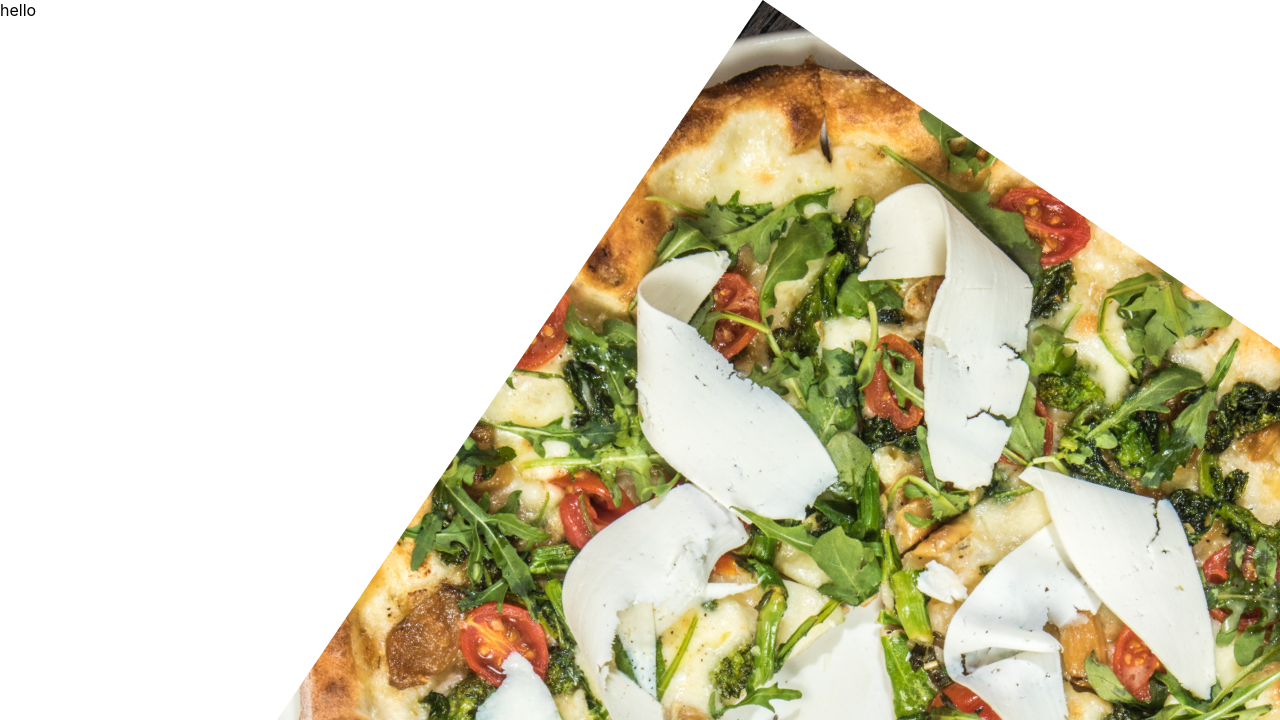
Repository: hobsond/DeliveryApp
Page: / (app in delivery/)
The author's editor kept a copy of each file at every save. The page is drawn from the files as they stood at one save, then again after the next save.
The browser window is 1280 px wide. The pictures show the whole page.
The project was rebuilt for these pictures with package versions that can differ from the ones it lists, and the page was loaded fresh each time.

Above is the page before, as saved 2021-02-16 21:02:28.

After the next save:
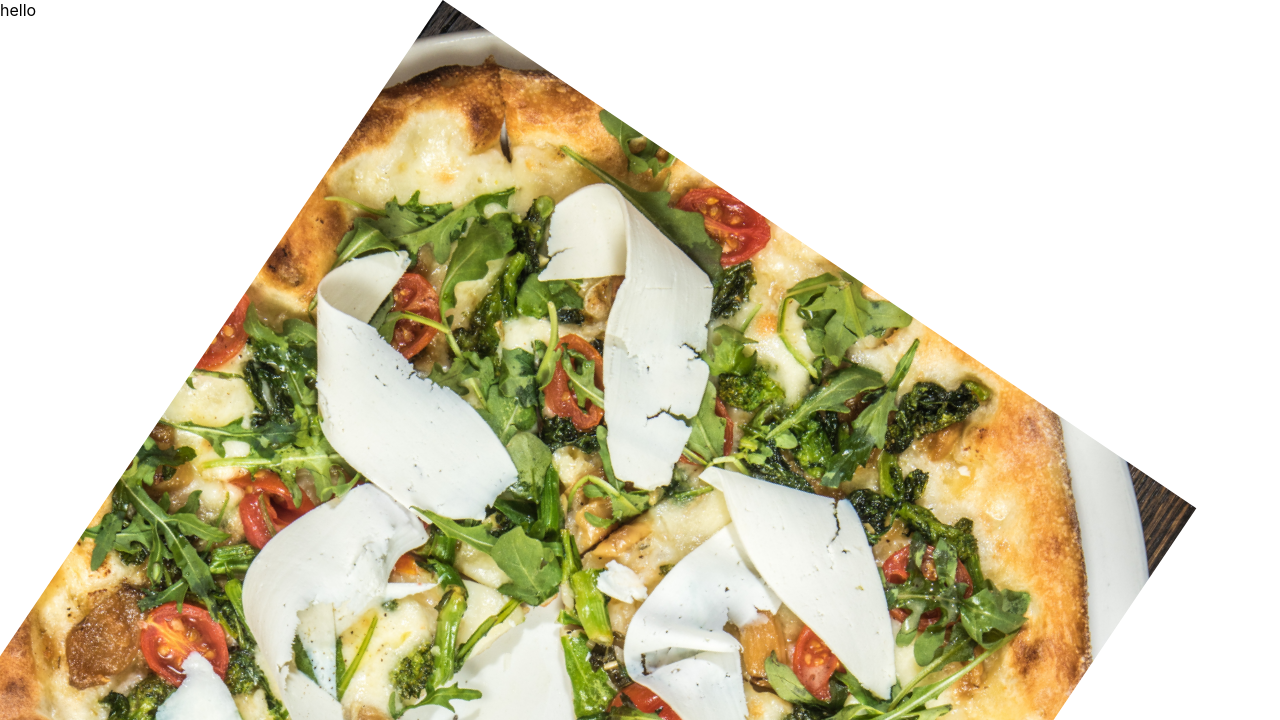
Saved 30 s later.
--- a/delivery/src/App.css
+++ b/delivery/src/App.css
@@ -1,4 +1,5 @@
 .App{
   background:url('./images/mobile/homeScreen/bgMobile.png');
   height:100vh;
+  background-position-x: -20em;
 }
